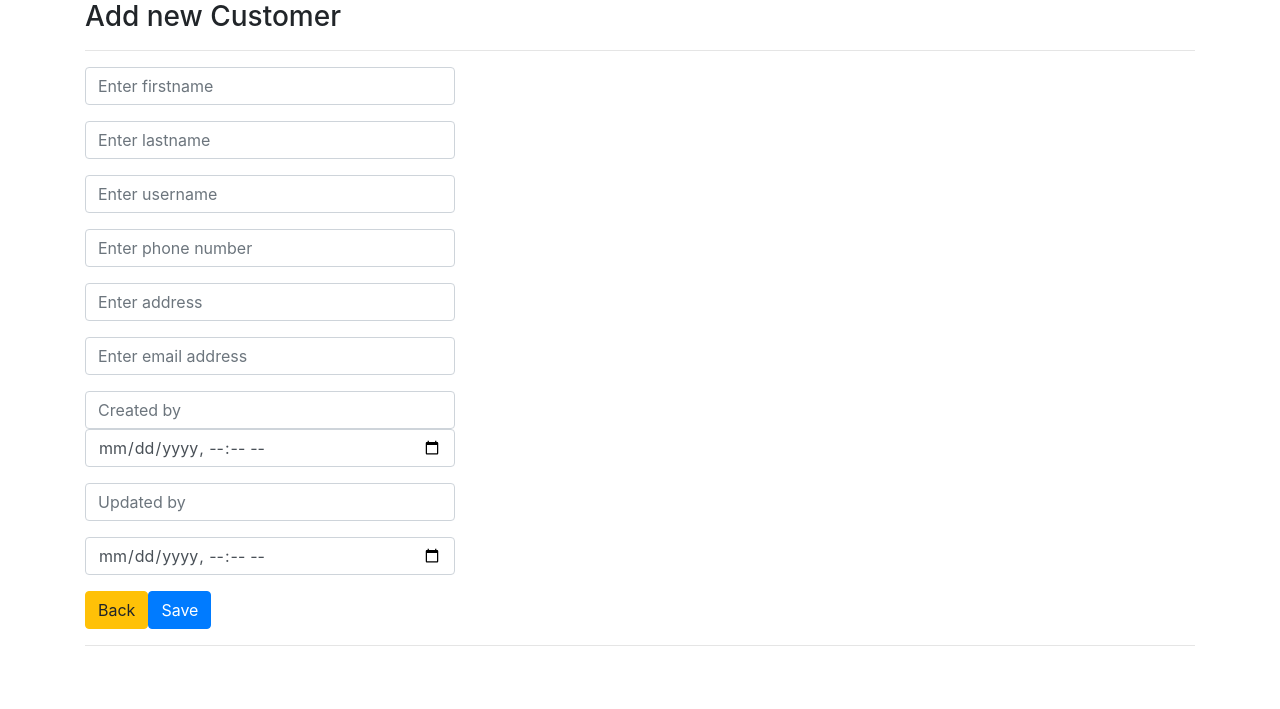
Repository: messimacky/Movie-Rental-System-Front-End
Page: /add-customer
The author's editor kept a copy of each file at every save. The page is drawn from the files as they stood at one save, then again after the next save.
The browser window is 1280 px wide. The pictures show the whole page.
The project was rebuilt for these pictures with package versions that can differ from the ones it lists, and the page was loaded fresh each time. Also part of the build but not shown: src/services/movie.service.js, src/components/AddMovie.js, src/components/MoviesList.js, src/components/NotFound.js, src/components/login/Login.js, src/components/CustomerList.js, src/services/rental.service.js, src/components/RentalsList.js and 4 more.

Above is the page before, as saved 2022-04-21 15:21:28.

### src/App.js
import { BrowserRouter as Router, Switch, Route } from 'react-router-dom';
import AddMovie from './components/AddMovie';
import MoviesList from "./components/MoviesList";
import NotFound from "./components/NotFound";
import Login from './components/login/Login';
import AddCustomer from './components/AddCustomer'
import CustomersList from './components/CustomerList';
import RentalsList from './components/RentalsList';
import AddRental from './components/AddRental';
import Home from './components/Home';
import Signup from './components/signup/Signup';
function App() {
  return (
    <Router>
      <div>
        <Switch>

          <Route exact path="/" component={Home} />
          <Route exact path="/movies" component={MoviesList} />
          <Route path="/add-movie" component={AddMovie} />
          <Route path="/movies/edit/:id" component={AddMovie} />




          <Route exact path="/customers" component={CustomersList} />
          <Route path="/add-customer" component={AddCustomer} />
          <Route path="/customers/edit/:id" component={AddCustomer} />



          <Route path="/login" component={Login} />
          <Route path="/signup" component={Signup} />


          <Route exact path="/rentals" component={RentalsList} />
          <Route exact path="/add-rental" component={AddRental} />
          <Route path="/rentals/edit/:id" component={AddRental} />


          <Route path="*" component={NotFound} />
        </Switch>
      </div>
    </Router>
  )
}

export default App;

### src/components/AddCustomer.js
// import { Dropdown } from "bootstrap";
import { useEffect, useState } from "react";
import { useParams } from "react-router-dom";
import { Link } from "react-router-dom";
import { useHistory } from "react-router-dom";
import customerService from "../services/customer.service";
import './AddCustomer.css';

const AddCustomer = () => {

    // const [id, setId] = useState('');
    const [first_name, setFirstname] = useState('');
    const [last_name, setLastname] = useState('');
    const [username, setUsername] = useState('');
    const [phone, setPhone] = useState('');
    const [address, setAddress] = useState('');
    const [email, setEmail] = useState('');
    const [created_by, setCreatedBy] = useState('');
    const [created_date, setCreatedDate] = useState('');
    const [updated_by, setUpdateddBy] = useState('');
    const [updated_date, setUpdatedDate] = useState('');







    const history = useHistory();
    const { id } = useParams();



    const saveCustomer = (e) => {
        e.preventDefault();
        const customer = { first_name, last_name, username, phone, address, email, created_date, created_by, updated_by, updated_date };
        if (id) {
            //update records
            customerService.update(customer)
                .then(response => {
                    console.log("customer added succesfully", response.data);
                    history.push('/customers');
                })
                .catch(error => {
                    console.log("Something went wrong", error);
                });

        } else {
            //create record
            customerService.create(customer)
                .then(response => {
                    console.log("Customer added succesfully", response.data);
                    history.push('/customers');
                })
                .catch(error => {
                    console.log("Something get wrong", error);
                });
        }

    }
    useEffect(() => {
        if (id) {
            customerService.get(id)
                .then(customer => {
                    setFirstname(customer.data.first_name);
                    setLastname(customer.data.last_name);
                    setUsername(customer.data.username);
                    setPhone(customer.data.phone);
                    setAddress(customer.data.address);
                    setEmail(customer.data.email);
                    setCreatedBy(customer.date.created_by);
                    setCreatedDate(customer.data.created_date);
                    setUpdateddBy(customer.data.updated_by);
                    setUpdatedDate(customer.data.updated_date);



                })
                .catch(error => {
                    console.log("Something went wrong", error);
                });
        }
    }, [])

    return (
        <div className="container">
            <h3>Add new Customer</h3>
            <hr />
            <form>
                <div className="form-group">
                    <input
                        type="text"
                        className="form-control col-4"
                        id="firstname"
                        value={first_name}
                        onChange={(e) => setFirstname(e.target.value)}
                        placeholder="Enter firstname"
                    />
                </div>
                <div className="form-group">
                    <input
                        type="text"
                        className="form-control col-4"
                        id="lastname"
                        value={last_name}
                        onChange={(e) => setLastname(e.target.value)}
                        placeholder="Enter lastname"
                    />
                </div>

                <div className="form-group">
                    <input
                        type="text"
                        className="form-control col-4"
                        id="username"
                        value={username}
                        onChange={(e) => setUsername(e.target.value)}
                        placeholder="Enter username"
                    />
                </div>

                <div className="form-group">
                    <input
                        type="tel"
                        className="form-control col-4"
                        id="phone"
                        value={phone}
                        onChange={(e) => setPhone(e.target.value)}
                        placeholder="Enter phone number"
                    />
                </div>


                <div className="form-group">
                    <input
                        type="text"
                        className="form-control col-4"
                        id="address"
                        value={address}
                        onChange={(e) => setAddress(e.target.value)}
                        placeholder="Enter address"
                    />
                </div>


                <div className="form-group">
                    <input
                        type="email"
                        className="form-control col-4"
                        id="email"
                        value={email}
                        onChange={(e) => setEmail(e.target.value)}
                        placeholder="Enter email address"
                    />
                </div>



                <input
                    type="text"
                    className="form-control col-4"
                    id="createdby"
                    value={created_by}
                    onChange={(e) => setCreatedBy(e.target.value)}
                    placeholder="Created by"
                />

                <div className="form-group">
                    <input
                        type="datetime-local"
                        className="form-control col-4"
                        id="createddate"
                        value={created_date}
                        onChange={(e) => setCreatedDate(e.target.value)}
                        placeholder="Created Date"
                    />
                </div>




                <div className="form-group">
                    <input
                        type="text"
                        className="form-control col-4"
                        id="updatedby"
                        value={updated_by}
                        onChange={(e) => setUpdateddBy(e.target.value)}
                        placeholder="Updated by"
                    />
                </div>


                <div className="form-group">
                    <input
                        type="datetime-local"
                        className="form-control col-4"
                        id="updateddate"
                        value={updated_date}
                        onChange={(e) => setUpdatedDate(e.target.value)}
                        placeholder="Updated Date"
                    />
                </div>



                <div>
                    <Link className="btn btn-warning" to="/customers">Back</Link>
                    <button className="btn btn-primary" onClick={(e) => saveCustomer(e)}>Save</button>


                </div>
            </form>
            <hr />

        </div>
    );
}

export default AddCustomer;

### src/components/login/Login.css
body {
    margin: 0;
    padding: 0;
    /* font-family: sans-serif; */
    background-size: cover;
    background-repeat: no-repeat;
}



.form {
    position: absolute;
    top: 50%;
    left: 50%;
    border: none;
    transform: translate(-50%, -50%);
    width: 400px;
    min-height: 450px;
    background-color: #fff;
    box-shadow: 0 15px 50px rgba(0, 0, 0, 0.5);
    padding: 50px;
    box-sizing: border-box;

    /* background: url(data:[embedded picture, 5679 characters]); */
    /* background: url(https://picsum.photos/3000/2000/?image=1015); */



}

.form h2 {
    margin-left: 60px;
    margin-top: 40px;
    color: white;
    /* margin: 30 0 40px; */
    padding: 0;
    color: black;
}

.form .input-box {
    position: relative;
    margin: 5px 0;
}

.form .input-box input {
    width: 100%;
    font-size: px;
    border: none;
    border-bottom: 2px solid #777;
    outline: none;
    padding: 10px;
    padding-left: 30px;
    box-sizing: border-box;
    font-weight: bold;
    color: #777;
}

.form .input-box input:focus,
.form .input-box input:valid {
    border-bottom-color: #03a9f4;
}

.form .input-box .fa {
    position: absolute;
    top: 8px;
    left: 5px;
    font-size: 18px;
    color: #777;
}

.form .input-box input[type="submit"] {
    border: none;
    cursor: pointer;
    background-color: #03a9f4;
    color: #fff;
    font-weight: bold;
    transition: 0.5s;
}

.form .input-box input[type="submit"]:hover {
    background-color: #ff4987;

}

.form a {
    text-decoration: none;
    color: black;

    margin-top: 4px;
    margin-left: 170px;
    /* font-weight: bold; */
    display: inline-block;
    transition: 0.5s;
}


.submit {
    margin-top: 30px;
    margin-left: 30px;


}

.form a {
    margin-top: 20px;
    margin-left: 50px;
    color: black;
    color: blue;
}

.form button {
    margin-top: 10px;
    margin-left: 50px;
    color: black;
    outline: invert;

}

.form button :hover {

    color: blue;
}

### src/services/customer.service.js
import httpClient from '../http-common';

const getAll = () => {
    return httpClient.get('/customers');
}

const create = (data) => {
    return httpClient.post("/customers", data);
}

const get = id => {
    return httpClient.get(`/customers/${id}`);
}

const update = (data) => {
    return httpClient.put('/customers', data);
}

const remove = id => {
    return httpClient.delete(`/customers/${id}`);
}

export default { getAll, create, get, update, remove };

### src/components/AddCustomer.css
body {
    margin: 0;
    padding: 0;
    /* font-family: sans-serif; */
    background-size: cover;
    background-repeat: no-repeat;
}



.form {
    position: absolute;
    top: 50%;
    left: 50%;
    border: none;
    transform: translate(-50%, -50%);
    width: 400px;
    min-height: 450px;
    background-color: #fff;
    box-shadow: 0 15px 50px rgba(0, 0, 0, 0.5);
    padding: 50px;
    box-sizing: border-box;

    /* background: url(data:[embedded picture, 5679 characters]); */
    /* background: url(https://picsum.photos/3000/2000/?image=1015); */



}

.form h2 {
    margin-left: 60px;
    margin-top: 40px;
    color: white;
    /* margin: 30 0 40px; */
    padding: 0;
    color: black;
}

.form .input-box {
    position: relative;
    margin: 5px 0;
}

.form .input-box input {
    width: 100%;
    font-size: px;
    border: none;
    border-bottom: 2px solid #777;
    outline: none;
    padding: 10px;
    padding-left: 30px;
    box-sizing: border-box;
    font-weight: bold;
    color: #777;
}

.form .input-box input:focus,
.form .input-box input:valid {
    border-bottom-color: #03a9f4;
}

.form .input-box .fa {
    position: absolute;
    top: 8px;
    left: 5px;
    font-size: 18px;
    color: #777;
}

.form .input-box input[type="submit"] {
    border: none;
    cursor: pointer;
    background-color: #03a9f4;
    color: #fff;
    font-weight: bold;
    transition: 0.5s;
}

.form .input-box input[type="submit"]:hover {
    background-color: #ff4987;

}

.form a {
    text-decoration: none;
    color: black;

    margin-top: 4px;
    margin-left: 170px;
    /* font-weight: bold; */
    display: inline-block;
    transition: 0.5s;
}


.submit {
    margin-top: 30px;
    margin-left: 30px;


}

.form a {
    margin-top: 20px;
    margin-left: 50px;
    color: black;
    color: blue;
}

.form button {
    margin-top: 10px;
    margin-left: 50px;
    color: black;
    outline: invert;

}

.form button :hover {

    color: blue;
}

### src/components/signup/Signup.css
body {
    margin: 0;
    padding: 0;
    /* font-family: sans-serif; */
    background-size: cover;
    background-repeat: no-repeat;
}



.form {
    position: absolute;
    top: 50%;
    left: 50%;
    border: none;
    transform: translate(-50%, -50%);
    width: 400px;
    min-height: 450px;
    background-color: #fff;
    box-shadow: 0 15px 50px rgba(0, 0, 0, 0.5);
    padding: 50px;
    box-sizing: border-box;

    /* background: url(data:[embedded picture, 5679 characters]); */
    /* background: url(https://picsum.photos/3000/2000/?image=1015); */



}

.form h2 {
    margin-left: 60px;
    margin-top: 40px;
    color: white;
    /* margin: 30 0 40px; */
    padding: 0;
    color: black;
}

.form .input-box {
    position: relative;
    margin: 5px 0;
}

.form .input-box input {
    width: 100%;
    font-size: px;
    border: none;
    border-bottom: 2px solid #777;
    outline: none;
    padding: 10px;
    padding-left: 30px;
    box-sizing: border-box;
    font-weight: bold;
    color: #777;
}

.form .input-box input:focus,
.form .input-box input:valid {
    border-bottom-color: #03a9f4;
}

.form .input-box .fa {
    position: absolute;
    top: 8px;
    left: 5px;
    font-size: 18px;
    color: #777;
}

.form .input-box input[type="submit"] {
    border: none;
    cursor: pointer;
    background-color: #03a9f4;
    color: #fff;
    font-weight: bold;
    transition: 0.5s;
}

.form .input-box input[type="submit"]:hover {
    background-color: #ff4987;

}

.form a {
    text-decoration: none;
    color: black;

    margin-top: 4px;
    margin-left: 170px;
    /* font-weight: bold; */
    display: inline-block;
    transition: 0.5s;
}


.submit {
    margin-top: 30px;
    margin-left: 30px;


}

.form a {
    margin-top: 20px;
    margin-left: 50px;
    color: black;
    color: blue;
}

.form button {
    margin-top: 10px;
    margin-left: 50px;
    color: black;
    outline: invert;

}

.form button :hover {

    color: blue;
}

### src/http-common.js
import axios from "axios";


export default axios.create({
    baseURL: 'http://localhost:8080',
    headers: {
        'Content_Type': 'application/json'
    }

});

Loaded but not shown: public/index.html (common file); src/index.js (common file); src/index.css (common file); src/reportWebVitals.js (common file)

After the next save:
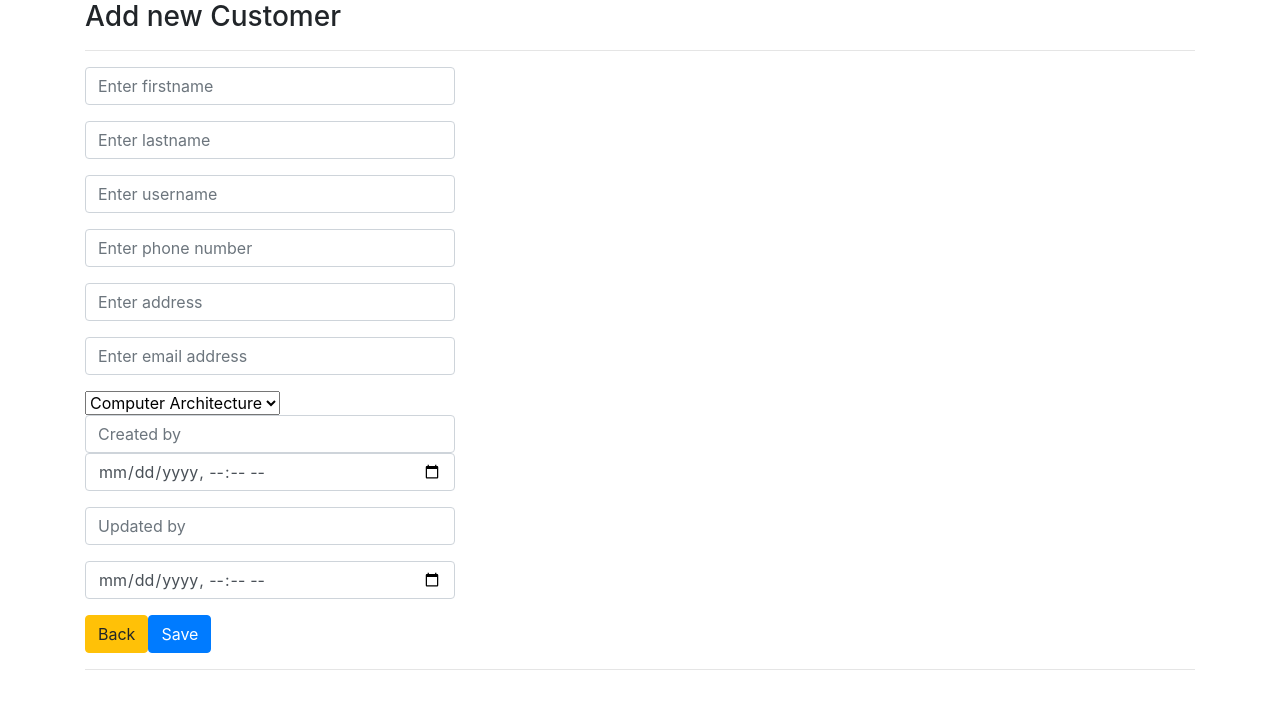
Saved 30 min 45 s later.
--- a/src/components/AddCustomer.js
+++ b/src/components/AddCustomer.js
@@ -156,6 +156,13 @@ const AddCustomer = () => {
 
 
 
+
+                <select name="dropdown">
+                    <option value="Computer Architecture" selected>Computer Architecture</option>
+                    <option value="Java">Java</option>
+                    <option value="Discrete Mathematics">Discrete Mathematics</option>
+                </select>
+
                 <input
                     type="text"
                     className="form-control col-4"
